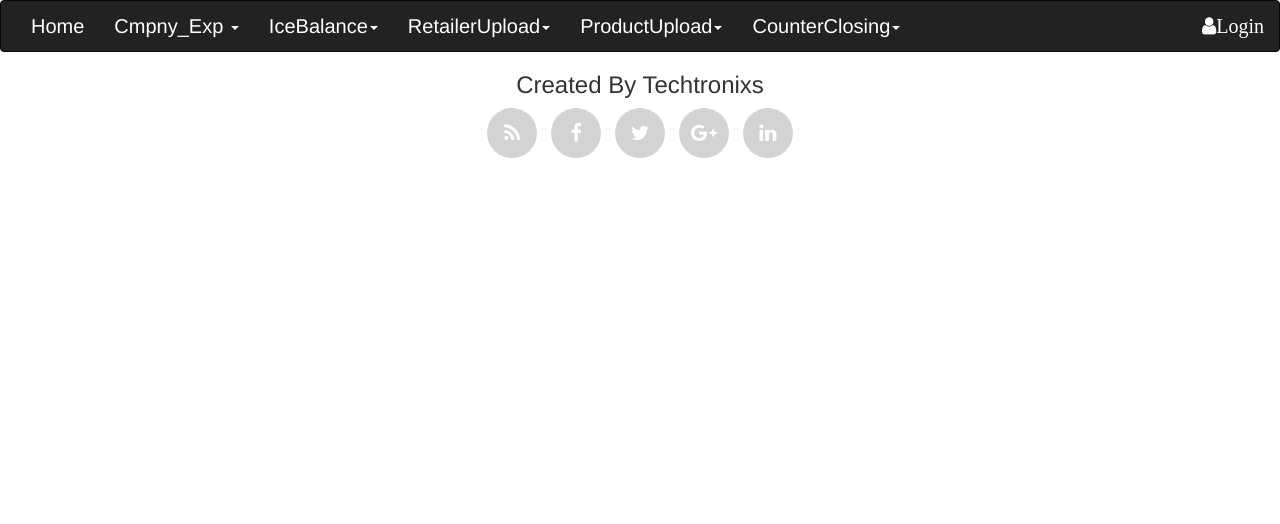
Repository: Abinesh-T/FinallDtProject
Page: http://localhost/SamundiAgencies/views/CounterClosingUpload.jsp
An editor plug-in stored every save of this project. The page is shown before and after the next save, followed by the edit.
The browser window is 1280 px wide. The pictures show the whole page.
Some web libraries are served in a nearby version. The page is served by Tomcat 9. Nobody is signed in. The application's start-up code is not run. Other server files are loaded and not shown.

Above is the page before, as saved 2018-07-25 05:40:53.

### SamundiAgencies/src/main/webapp/views/CounterClosingUpload.jsp
<%@ page language="java" contentType="text/html; charset=ISO-8859-1"
    pageEncoding="ISO-8859-1"%>
<!DOCTYPE html PUBLIC "-//W3C//DTD HTML 4.01 Transitional//EN" "http://www.w3.org/TR/html4/loose.dtd">
<html>
<head>
<meta http-equiv="Content-Type" content="text/html; charset=ISO-8859-1">
<title>Techtronixs</title>
</head>
<body>
<jsp:include page="header.jsp"></jsp:include>
<jsp:include page="footer.jsp"></jsp:include>
</body>
</html>

### SamundiAgencies/src/main/webapp/views/header.jsp
<%@ page language="java" contentType="text/html; charset=ISO-8859-1"
	pageEncoding="ISO-8859-1"%>
<%@ taglib prefix="c" uri="http://java.sun.com/jsp/jstl/core"%>
<!DOCTYPE html PUBLIC "-//W3C//DTD HTML 4.01 Transitional//EN" "http://www.w3.org/TR/html4/loose.dtd">
<html>
<head>
<link rel="icon"
	href="./resources/images/Arun_brandings/Hatsun_icon.jpg">

<title>Techtronixs</title>
<meta charset="utf-8">
<meta name="viewport" content="width=device-width, initial-scale=1">
<link rel="stylesheet"
	href="https://maxcdn.bootstrapcdn.com/bootstrap/3.3.7/css/bootstrap.min.css">
<script
	src="https://ajax.googleapis.com/ajax/libs/jquery/3.3.1/jquery.min.js"></script>
<script
	src="https://maxcdn.bootstrapcdn.com/bootstrap/3.3.7/js/bootstrap.min.js"></script>
<style>
.high {
	width: 100px;
	image-resolution: 25dpi;
}
</style>
<link rel="stylesheet"
	href="https://maxcdn.bootstrapcdn.com/bootstrap/3.3.7/css/bootstrap.min.css">
<script
	src="https://ajax.googleapis.com/ajax/libs/jquery/3.2.1/jquery.min.js"></script>
<script
	src="https://maxcdn.bootstrapcdn.com/bootstrap/3.3.7/js/bootstrap.min.js"></script>
<link
	href="//maxcdn.bootstrapcdn.com/font-awesome/4.1.0/css/font-awesome.min.css"
	rel="stylesheet">

<style type="text/css">
.backgroundclr {
	background-color: #59503e;
}
</style>

</head>
<body>
	<nav class="navbar navbar-inverse">
	<div class="container-fluid">
		<ul class="nav navbar-nav">
			<li><a href="index" style="font-size: 20px; color: white;">Home</a></li>
			<li class="dropdown"><a href="Cmpny_Exp" class="dropdown-toggle"
				data-toggle="dropdown" aria-haspopup="true" aria-expanded="false"
				style="font-size: 20px; color: white">Cmpny_Exp <span
					class="caret"></span></a>
				<ul class="dropdown-menu">
					<li><a href="Cmpny_Exp" style="font-size: 20px;">Enter_Cmpny_Exp</a></li>
					<li><a href="Report_Cmpny_Exp" style="font-size: 20px;">Report_Cmpny_Exp</a></li>
				</ul></li>
			<li class="dropdown"><a href="Cmpny_Exp" class="dropdown-toggle"
				data-toggle="dropdown" aria-haspopup="true" aria-expanded="false"
				style="font-size: 20px; color: white">IceBalance<span
					class="caret"></span></a>
				<ul class="dropdown-menu">
					<li><a href="IceBalance" style="font-size: 20px;">Enter_IceBalance</a></li>
					<li><a href="ReportIceBalanceFilter" style="font-size: 20px;">Report_IceBalance</a></li>
				</ul></li>
				<li class="dropdown"><a href="Cmpny_Exp" class="dropdown-toggle"
				data-toggle="dropdown" aria-haspopup="true" aria-expanded="false"
				style="font-size: 20px; color: white">RetailerUpload<span
					class="caret"></span></a>
				<ul class="dropdown-menu">
					<li><a href="RetailerUpload" style="font-size: 20px;">Enter_Retailer</a></li>
					<li><a href="RetailerList" style="font-size: 20px;">Report_Retailer</a></li>
				</ul></li>
				<li class="dropdown"><a href="Cmpny_Exp" class="dropdown-toggle"
				data-toggle="dropdown" aria-haspopup="true" aria-expanded="false"
				style="font-size: 20px; color: white">ProductUpload<span
					class="caret"></span></a>
				<ul class="dropdown-menu">
					<li><a href="ProductUpload" style="font-size: 20px;">Enter_ProductUpload</a></li>
					<li><a href="ProductUploadList" style="font-size: 20px;">Report_Product</a></li>
				</ul></li>
				<li class="dropdown"><a href="Cmpny_Exp" class="dropdown-toggle"
				data-toggle="dropdown" aria-haspopup="true" aria-expanded="false"
				style="font-size: 20px; color: white">CounterClosing<span
					class="caret"></span></a>
				<ul class="dropdown-menu">
					<li><a href="CounterClosingUpload" style="font-size: 20px;">Enter_CounterClosing</a></li>
					<li><a href="CounterClosingList" style="font-size: 20px;">Report_CounterClosing</a></li>
				</ul></li>
		</ul>
		<c:if test="${pageContext.request.userPrincipal.name  == 'admin'}">
			<li><a href="<c:url value="/admin" />">Admin</a></li>
		</c:if>

		<ul class="nav navbar-nav navbar-right">
			<c:if test="${pageContext.request.userPrincipal.name == null }">
				<li>
					<%-- <a href=' <c:url value="/login" />'>Login</a> --%>
				</li>
				<li><a href="<c:url value="login"/>" role="button"
					aria-haspopup="true" aria-expanded="false" class="fa fa-user"
					style="font-size: 20px; color: white">Login</a></li>
			</c:if>
			<c:if test="${pageContext.request.userPrincipal.name  != null}">
				<li><a>Welcome: ${pageContext.request.userPrincipal.name}</a></li>
				<li><a href='<c:url value="/logout" />'>Signout</a></li>
			</c:if>

		</ul>
	</div>
	</nav>
</body>
</html>

### SamundiAgencies/src/main/webapp/views/footer.jsp
<%@ page language="java" contentType="text/html; charset=ISO-8859-1"
    pageEncoding="ISO-8859-1"%>
<!DOCTYPE html PUBLIC "-//W3C//DTD HTML 4.01 Transitional//EN" "http://www.w3.org/TR/html4/loose.dtd">
<html>
<head>
<meta http-equiv="Content-Type" content="text/html; charset=ISO-8859-1">
<title>Insert title here</title>
<link rel="stylesheet" href="https://maxcdn.bootstrapcdn.com/bootstrap/3.3.7/css/bootstrap.min.css">
  <script src="https://ajax.googleapis.com/ajax/libs/jquery/3.2.1/jquery.min.js"></script>
  <script src="https://maxcdn.bootstrapcdn.com/bootstrap/3.3.7/js/bootstrap.min.js"></script>
  <link href="//maxcdn.bootstrapcdn.com/font-awesome/4.2.0/css/font-awesome.min.css" rel="stylesheet">
  <style type="text/css">


/*=========================
  Icons
 ================= */

/* footer social icons */
ul.social-network {
	list-style: none;
	display: inline;
	margin-left:0 !important;
	padding: 0;
}
ul.social-network li {
	display: inline;
	margin: 0 5px;
}


/* footer social icons */
.social-network a.icoRss:hover {
	background-color: #F56505;
}
.social-network a.icoFacebook:hover {
	background-color:#3B5998;
}
.social-network a.icoTwitter:hover {
	background-color:#33ccff;
}
.social-network a.icoGoogle:hover {
	background-color:#BD3518;
}
.social-network a.icoVimeo:hover {
	background-color:#0590B8;
}
.social-network a.icoLinkedin:hover {
	background-color:#007bb7;
}
.social-network a.icoRss:hover i, .social-network a.icoFacebook:hover i, .social-network a.icoTwitter:hover i,
.social-network a.icoGoogle:hover i, .social-network a.icoVimeo:hover i, .social-network a.icoLinkedin:hover i {
	color:#fff;
}
a.socialIcon:hover, .socialHoverClass {
	color:#44BCDD;
}

.social-circle li a {
	display:inline-block;
	position:relative;
	margin:0 auto 0 auto;
	-moz-border-radius:50%;
	-webkit-border-radius:50%;
	border-radius:50%;
	text-align:center;
	width: 50px;
	height: 50px;
	font-size:20px;
}
.social-circle li i {
	margin:0;
	line-height:50px;
	text-align: center;
}

.social-circle li a:hover i, .triggeredHover {
	-moz-transform: rotate(360deg);
	-webkit-transform: rotate(360deg);
	-ms--transform: rotate(360deg);
	transform: rotate(360deg);
	-webkit-transition: all 0.2s;
	-moz-transition: all 0.2s;
	-o-transition: all 0.2s;
	-ms-transition: all 0.2s;
	transition: all 0.2s;
}
.social-circle i {
	color: #fff;
	-webkit-transition: all 0.8s;
	-moz-transition: all 0.8s;
	-o-transition: all 0.8s;
	-ms-transition: all 0.8s;
	transition: all 0.8s;
}


  </style>
</head>
<body>
<center><h3>Created By Techtronixs</h3>
<!--Pulling Awesome Font -->



    			<div class="col-md-12">
                    <ul class="social-network social-circle">
                        <li><a href="https://www.instagram.com/techtronixs/" class="icoRss" title="Instagram" style="background-color: #D3D3D4"><i class="fa fa-rss"></i></a></li>
                        <li><a href="https://www.facebook.com/techtronixs.softwares.14" class="icoFacebook" title="Facebook" style="background-color: #D3D3D4"><i class="fa fa-facebook"></i></a></li>
                        <li><a href="https://twitter.com/TechtronixsS" class="icoTwitter" title="Twitter" style="background-color: #D3D3D4"><i class="fa fa-twitter"></i></a></li>
                        <li><a href="#" class="icoGoogle" title="Google +" style="background-color: #D3D3D4"><i class="fa fa-google-plus"></i></a></li>
                        <li><a href="https://www.linkedin.com/in/techtronixs-softwares-391959169/" class="icoLinkedin" title="Linkedin" style="background-color: #D3D3D4"><i class="fa fa-linkedin"></i></a></li>
                    </ul>
				</div>

</center>
</body>
</html>

After the next save:
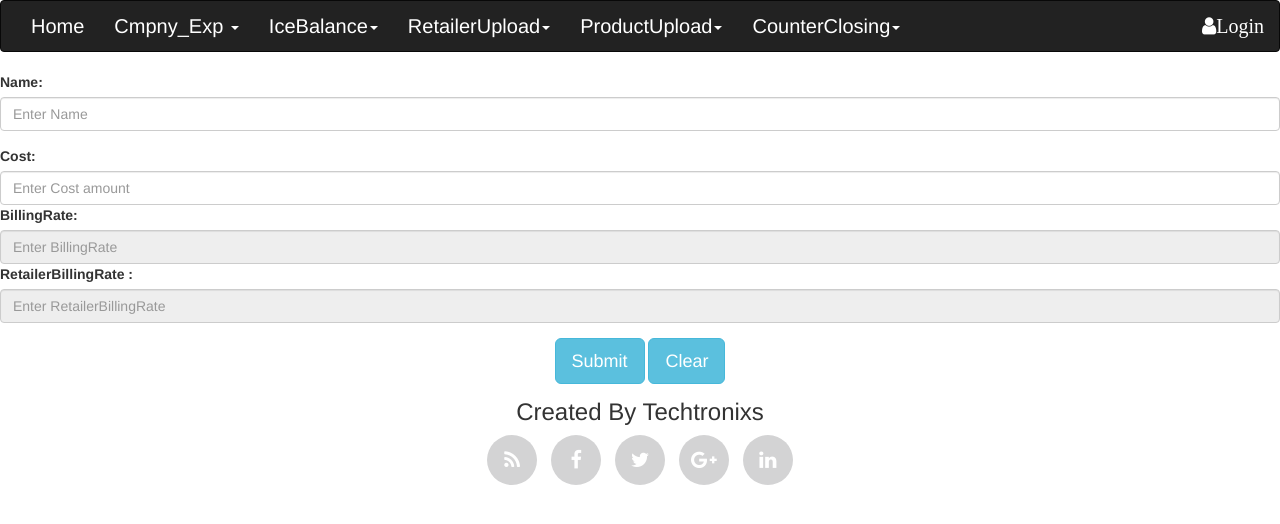
Saved 4 min 36 s later.
--- a/SamundiAgencies/src/main/webapp/views/CounterClosingUpload.jsp
+++ b/SamundiAgencies/src/main/webapp/views/CounterClosingUpload.jsp
@@ -1,13 +1,57 @@
 <%@ page language="java" contentType="text/html; charset=ISO-8859-1"
-    pageEncoding="ISO-8859-1"%>
+	pageEncoding="ISO-8859-1"%>
 <!DOCTYPE html PUBLIC "-//W3C//DTD HTML 4.01 Transitional//EN" "http://www.w3.org/TR/html4/loose.dtd">
 <html>
 <head>
 <meta http-equiv="Content-Type" content="text/html; charset=ISO-8859-1">
 <title>Techtronixs</title>
+<script>
+	function sum() {
+		var Cost = document.getElementById('Cost').value;
+		var result = parseInt(Cost)-(parseInt(Cost)*0.18);
+		var res = parseInt(Cost)-(parseInt(Cost)*0.2375);
+		if (!isNaN(result)) {
+			document.getElementById('BillingRate').value = result;
+			document.getElementById('RetailerBillingRate').value = res;
+		}
+	}
+</script>
 </head>
 <body>
-<jsp:include page="header.jsp"></jsp:include>
-<jsp:include page="footer.jsp"></jsp:include>
+	<jsp:include page="header.jsp"></jsp:include>
+	<form action="ProductSubmit" method="post">
+		<div class="form-group">
+			<label for="email">Name:</label> <input type="text"
+				class="form-control" id="Name"
+				placeholder="Enter Name" name="Name" required>
+		</div>
+		<div class="form-group">
+			<div>
+				<label for="pwd">Cost:</label> <input type="text"
+					class="form-control" id="Cost" placeholder="Enter Cost amount"
+					name="Cost" onkeyup="sum();" required>
+			</div>
+			<div>
+				<label for="pwd">BillingRate:</label> <input type="text"
+					class="form-control" id="BillingRate" placeholder="Enter BillingRate"
+					name="BillingRate" onkeyup="sum();" readonly required>
+			</div>
+			<div>
+				<label for="pwd">RetailerBillingRate :</label> <input type="text"
+					class="form-control" id="RetailerBillingRate" placeholder="Enter RetailerBillingRate"
+					name="RetailerBillingRate" onkeyup="sum();" readonly required>
+			</div>
+
+		</div>
+
+		<div class="col-sm-12 form-group">
+			<center>
+				<button type="submit" class="btn btn-lg btn-info">Submit</button>
+				<button type="reset" class="btn btn-lg btn-info">Clear</button>
+			</center>
+		</div>
+	</form>
+
+	<jsp:include page="footer.jsp"></jsp:include>
 </body>
 </html>
